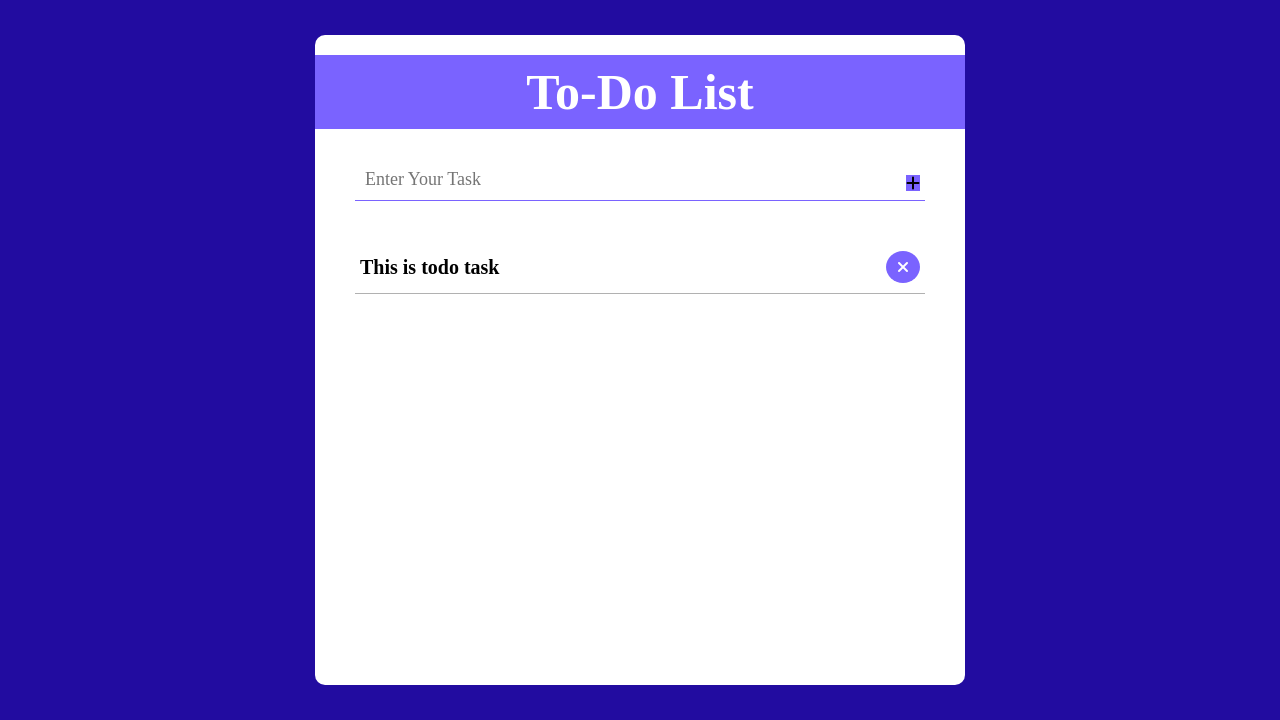
Repository: AliHassan02-Dev/To-Do-App
Page: /
These files come from the project's save history. The page is drawn as it stood at one moment and after the next save; the edit follows.
The browser window is 1280 px wide. The pictures show the whole page.
Some web libraries are served in a nearby version. The project was rebuilt for these pictures with package versions that can differ from the ones it lists, and the page was loaded fresh each time. Also part of the build but not shown: vite.config.js.

Above is the page before, as saved 2024-10-28 11:55:55.

After the next save:
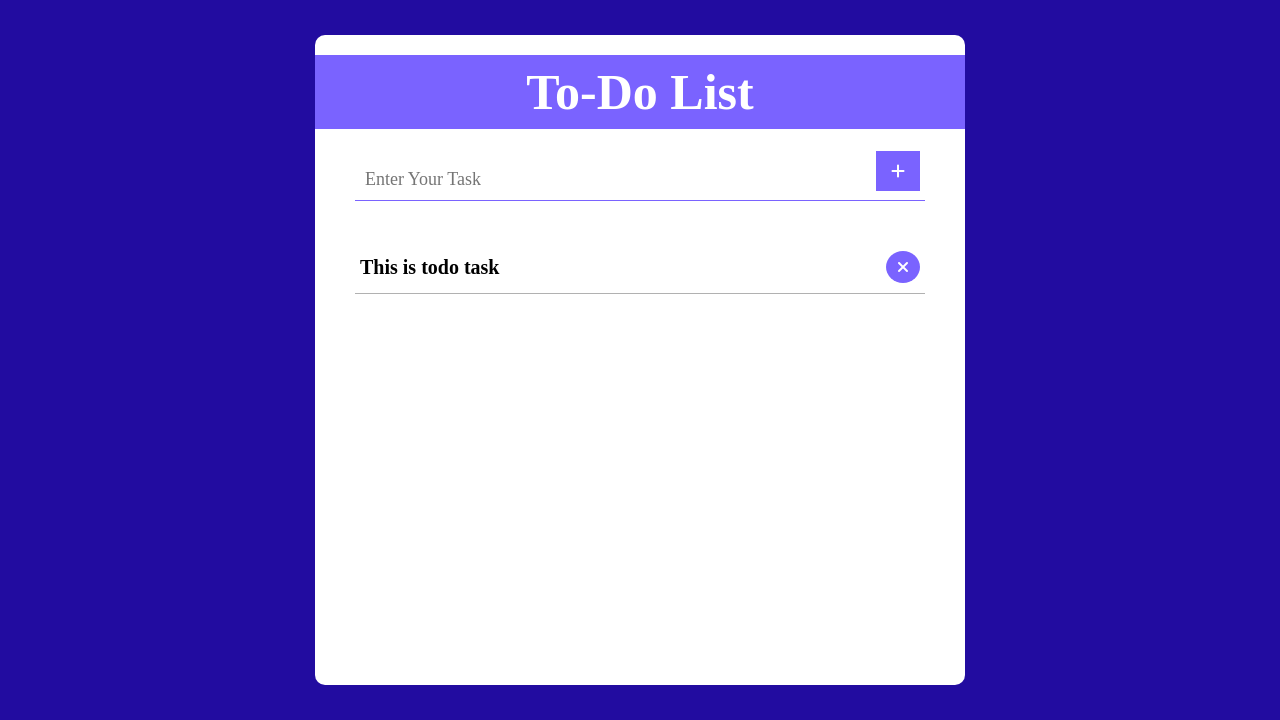
Saved 20 s later.
--- a/src/App.css
+++ b/src/App.css
@@ -67,6 +67,9 @@
   bottom: 10px;
   right: 5px;
   background-color: rgb(122, 99, 255);
+color: white;
+font-size: 16px;
+padding: 12px 15px;
 }
 
 .mainWrapper .container .bottomBar {
